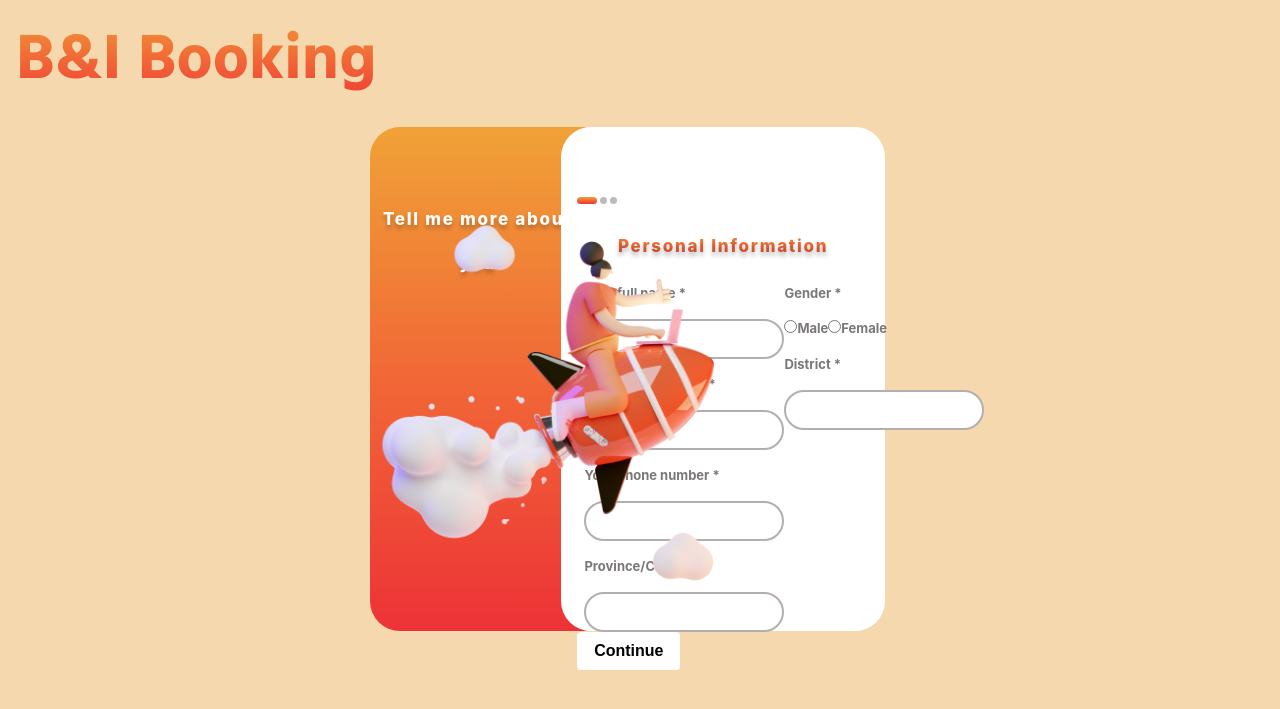
Repository: Grand-Line-PNV/FE-BIBooking
Page: /
An editor plug-in stored every save of this project. The page is shown before and after a run of saves, followed by the edit.
The browser window is 1280 px wide. The pictures show the whole page.
The project was rebuilt for these pictures with package versions that can differ from the ones it lists, and the page was loaded fresh each time. Also part of the build but not shown: src/App.css.

Above is the page before, as saved 2023-02-06 11:03:48.

After the next 2 saves:
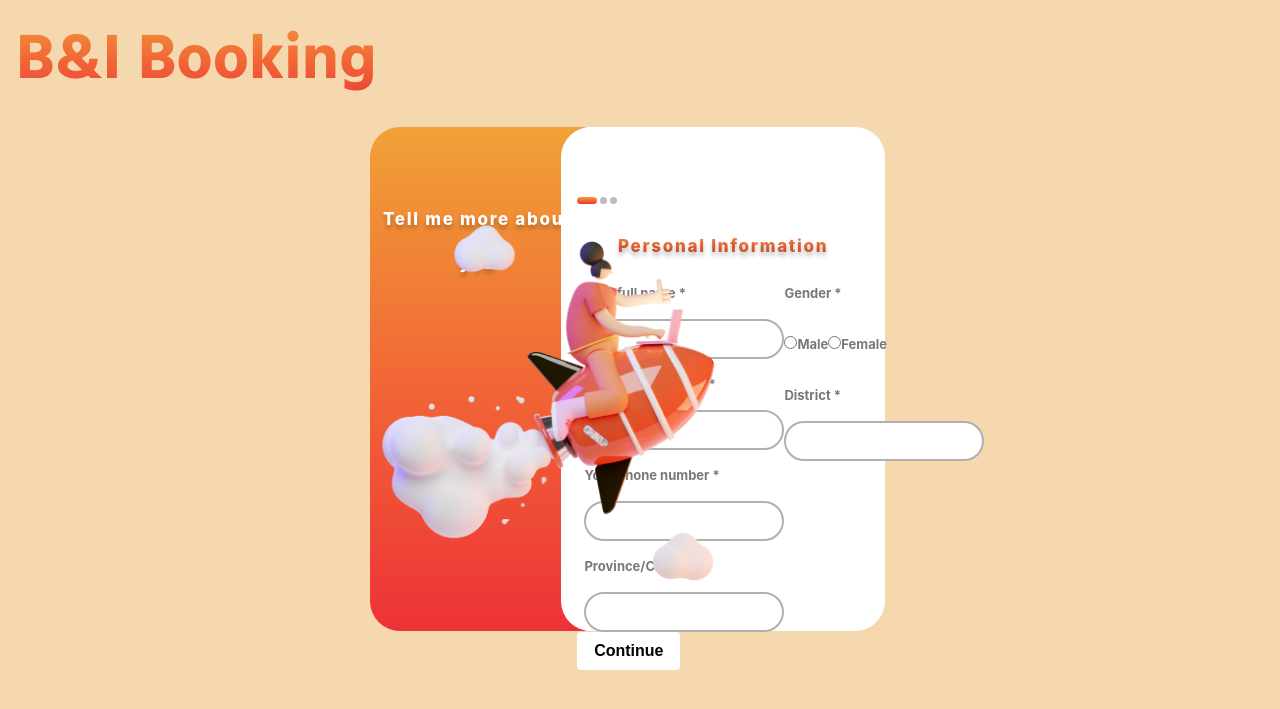
The 2 saves are shown as one change because they came seconds apart.
The last was saved 9 s later.
--- a/src/view/pages/Influencers/PersonalInformation/PersonalInformation.module.scss
+++ b/src/view/pages/Influencers/PersonalInformation/PersonalInformation.module.scss
@@ -114,9 +114,9 @@
                 color: var(--SonicSilver-color);
                 font-style: normal;
                 font-weight: 700;
+                line-height: 51px;
 
                 & .form-label {
-                  line-height: 51px;
                 }
                 & .form-input {
                   background: #ffffff;
